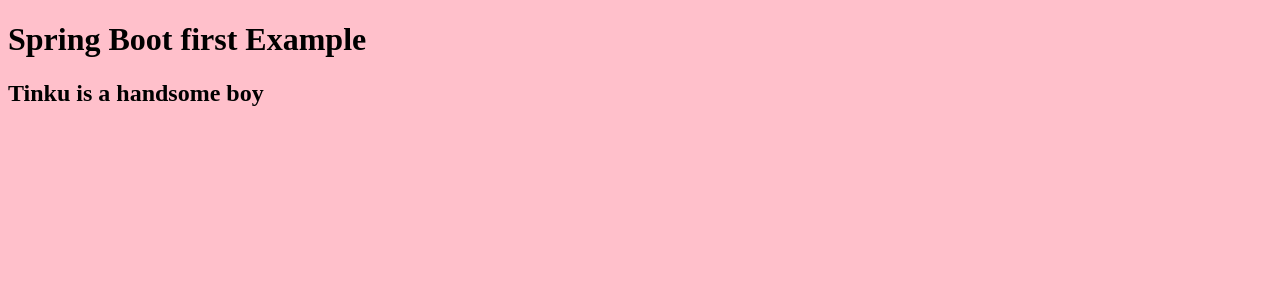
Repository: BhavyaaSree/SpringBootPrograms
Page: SpringBoorEx1/src/main/webapp/data.html
These files come from the project's save history. The page is drawn as it stood at one moment and after the next save; the edit follows.
The browser window is 1280 px wide. The pictures show the whole page.

Above is the page before, as saved 2024-03-19 09:29:37.

After the next save:
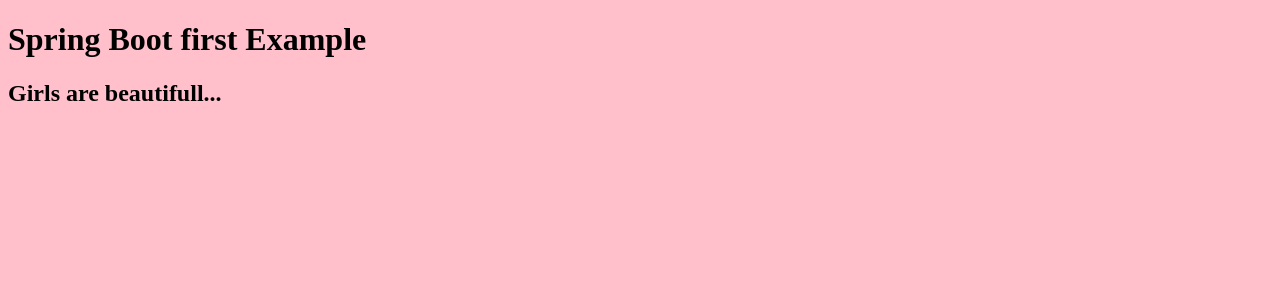
Saved 3 min 25 s later.
--- a/SpringBoorEx1/src/main/webapp/data.html
+++ b/SpringBoorEx1/src/main/webapp/data.html
@@ -6,6 +6,6 @@
 </head>
 <body bgcolor="pink">
 	<h1> Spring Boot first Example</h1>
-	<h2> Tinku is a handsome boy</h2>
+	<h2> Girls are beautifull...</h2>
 </body>
 </html>
